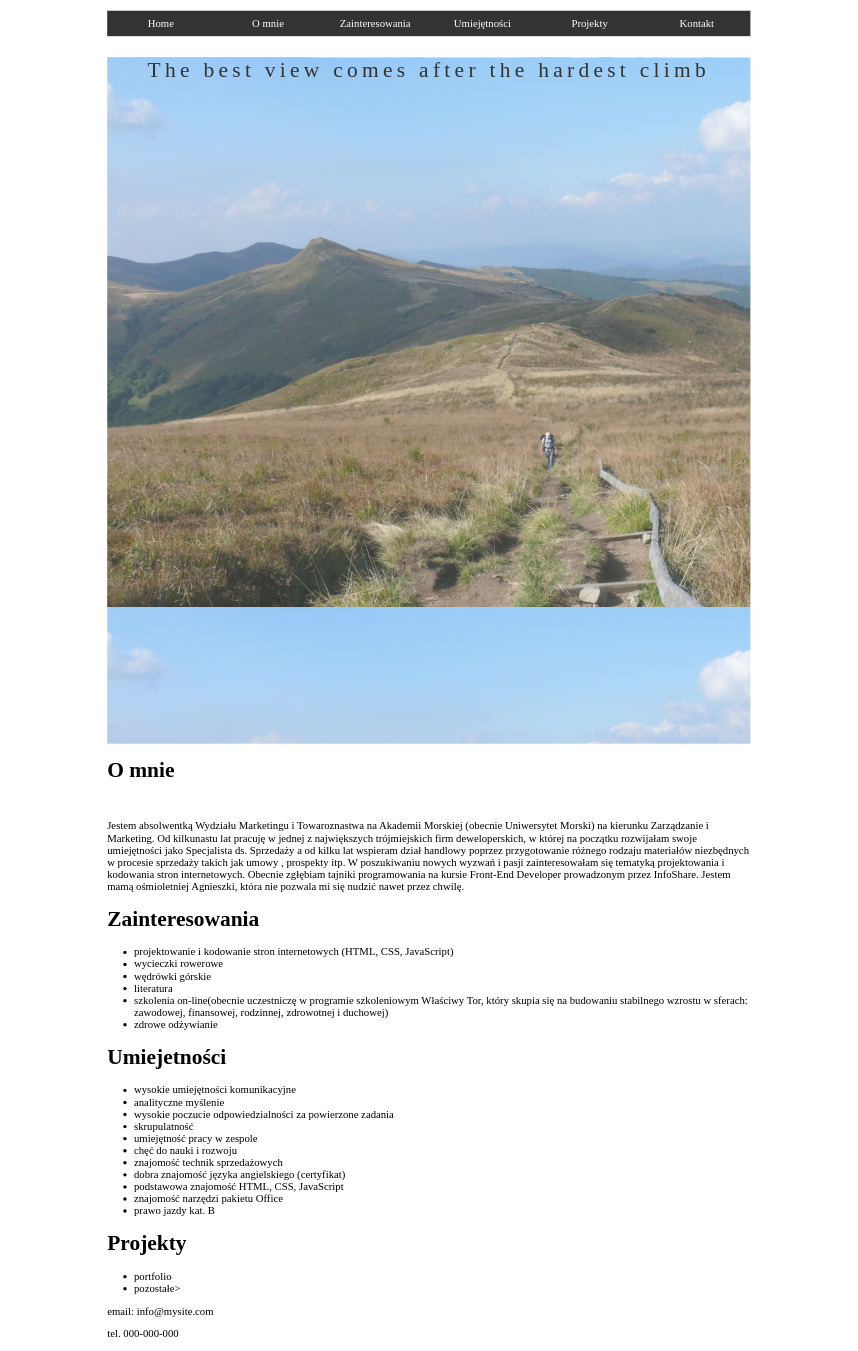
Repository: MagJaw/portfolio
Page: portfolio.html
These files come from the project's save history. The page is drawn as it stood at one moment and after the next save; the edit follows.
The browser window is 1280 px wide. The pictures show the whole page, at 67% of full size.

Above is the page before, as saved 2018-11-12 00:03:39.

### portfolio.html
<!DOCTYPE html>
<html lang="pl">
<head>
    <meta charset="UTF-8">
    <meta name="viewport" content="width=device-width, initial-scale=1.0">
    <meta http-equiv="X-UA-Compatible" content="ie=edge">
    <link rel="stylesheet" href="main.css">
    <title>Portfolio</title>
</head>
<body>
    <div id="wrapper">
        <nav role="navigation"class="menu__container">
            <ul class="menu">
                <li class="menu__section">
                    <a href="#section1">Home</a>
                </li>
                <li class="menu__section">
                    <a href="#section2">O mnie</a>
                </li>
                <li class="menu__section">
                    <a href="#section3">Zainteresowania</a>
                </li>
                <li class="menu__section">
                    <a href="#section4">Umiejętności</a>
                </li>
                <li class="menu__section">
                    <a href="#section5">Projekty</a>
                </li>
                <li class="menu__section">
                    <a href="#section6">Kontakt</a>
                </li>
            </ul>
        </nav>
        <div class="motto__container">
            <blockquote>The best view comes after the hardest climb</blockquote>
        </div>

        <div class="section2">
            <h1 class="header__section">O mnie</h1>
            <img src="" class="my__photo">
            <p> Jestem absolwentką Wydziału Marketingu i Towaroznastwa na Akademii Morskiej (obecnie Uniwersytet Morski) na kierunku Zarządzanie i Marketing. Od kilkunastu lat pracuję w jednej z największych trójmiejskich firm deweloperskich, w której na początku rozwijałam swoje umiejętności jako Specjalista ds. Sprzedaży a od kilku lat wspieram dział handlowy poprzez przygotowanie różnego rodzaju materiałów niezbędnych w procesie sprzedaży takich jak umowy , prospekty itp. W poszukiwaniu nowych wyzwań i pasji zainteresowałam się tematyką projektowania i kodowania stron internetowych. Obecnie zgłębiam tajniki programowania na kursie Front-End Developer prowadzonym przez InfoShare. Jestem mamą ośmioletniej Agnieszki, która nie pozwala mi się nudzić nawet przez chwilę.</p>
        </div>
        <div class="section3">
            <h1 class="header__section">Zainteresowania</h1>
            <ul>
                <li>projektowanie i kodowanie stron internetowych (HTML, CSS, JavaScript)</li>
                <li>wycieczki rowerowe</li>
                <li>wędrówki górskie</li>
                <li>literatura</li>
                <li>szkolenia on-line(obecnie uczestniczę w programie szkoleniowym Właściwy Tor, który skupia się na budowaniu stabilnego wzrostu w sferach: zawodowej, finansowej, rodzinnej, zdrowotnej i duchowej)</li>
                <li>zdrowe odżywianie</li>
            </ul>
        </div>
        <div class="section4">
            <h1 class="header__section">Umiejetności</h1>
            <ul>
                <li>wysokie umiejętności komunikacyjne</li>
                <li>analityczne myślenie</li>
                <li>wysokie poczucie odpowiedzialności za powierzone zadania</li>
                <li>skrupulatność</li>
                <li>umiejętność pracy w zespole</li>
                <li>chęć do nauki i rozwoju</li>
                <li>znajomość technik sprzedażowych</li>
                <li>dobra znajomość języka angielskiego (certyfikat)</li>
                <li>podstawowa znajomość HTML, CSS, JavaScript</li>
                <li>znajomość narzędzi pakietu Office</li>
                <li>prawo jazdy kat. B</li>
            </ul>
        </div>
        <div class="section5">
            <h1 class="header__section">Projekty</h1>
            <ul>
                <li>portfolio</li>
                <li>pozostałe></li>
            </ul>
        </div>
        <div class="section6">
            <p>email: info@mysite.com</p>
            <p>tel. 000-000-000</p>
        </div>
    </div>
</body>
</html>

### main.css
#wrapper {
    width: 100%;
    max-width: 960px;
    margin: 0 auto;
}

.menu__container {
background:  #333;
}

.menu {
    list-style-type: none;
    padding: 0;
}

.menu__container a {
    text-decoration: none;
    text-align: center;
    color: #fff;
    display: block;
    padding: 10px;
}

.menu__container a:hover {
background-color: #555;
}

.motto__container {
width: 100%;
height: 80vw;
background-image: url(tapeta.jpg);
background-color: #555;
opacity: 0.8;
}

blockquote {
font-size: 2em;
letter-spacing: 0.2em;
color: #000;
text-align: center;
top: 50px;
}

@media screen and (min-width: 768px){

.menu {
display: flex;
}

.menu__section {
flex: 1 1 0;
}

}

After the next save:
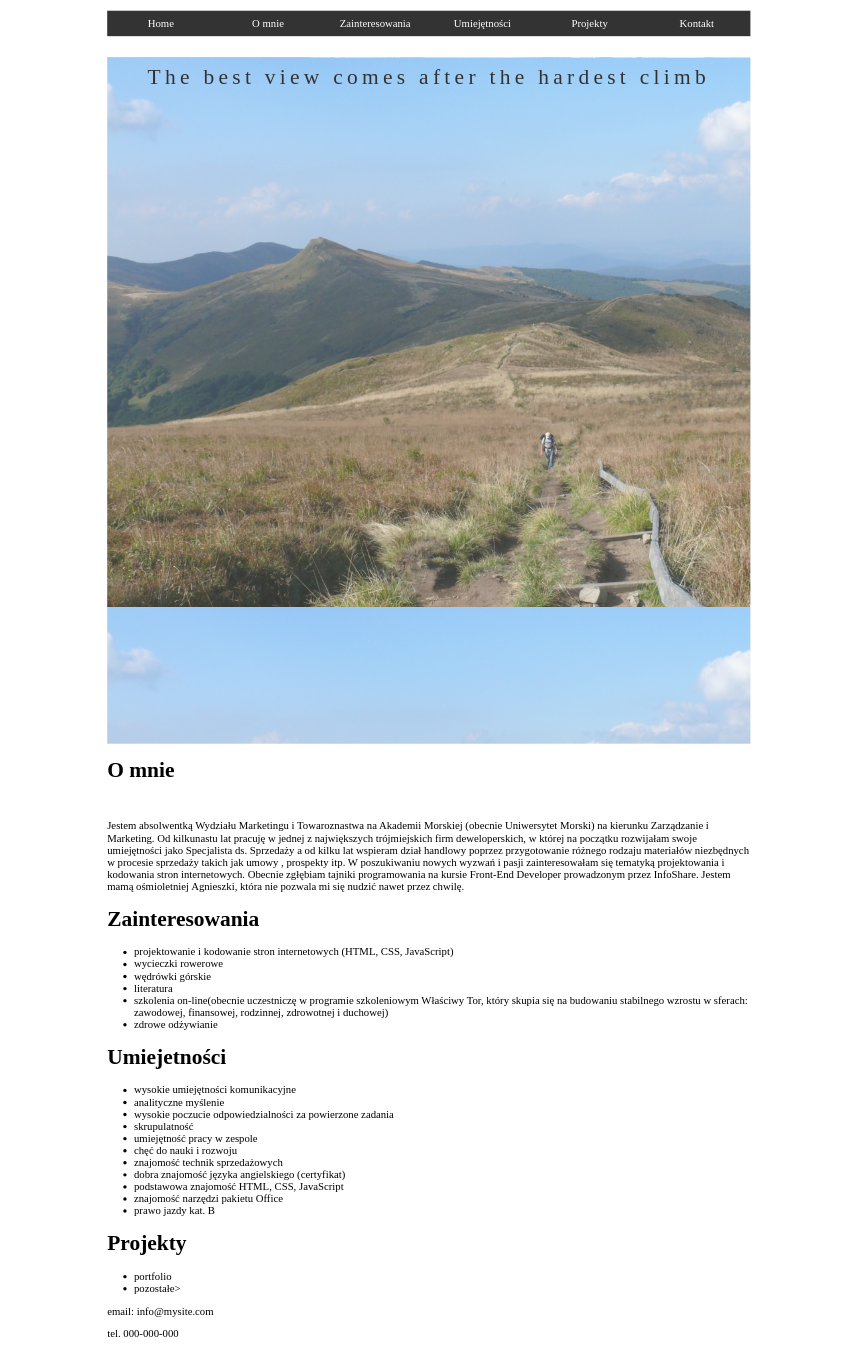
Saved 8 min 1 s later.
--- a/main.css
+++ b/main.css
@@ -38,7 +38,7 @@ font-size: 2em;
 letter-spacing: 0.2em;
 color: #000;
 text-align: center;
-top: 50px;
+padding: 10px;
 }
 
 @media screen and (min-width: 768px){
